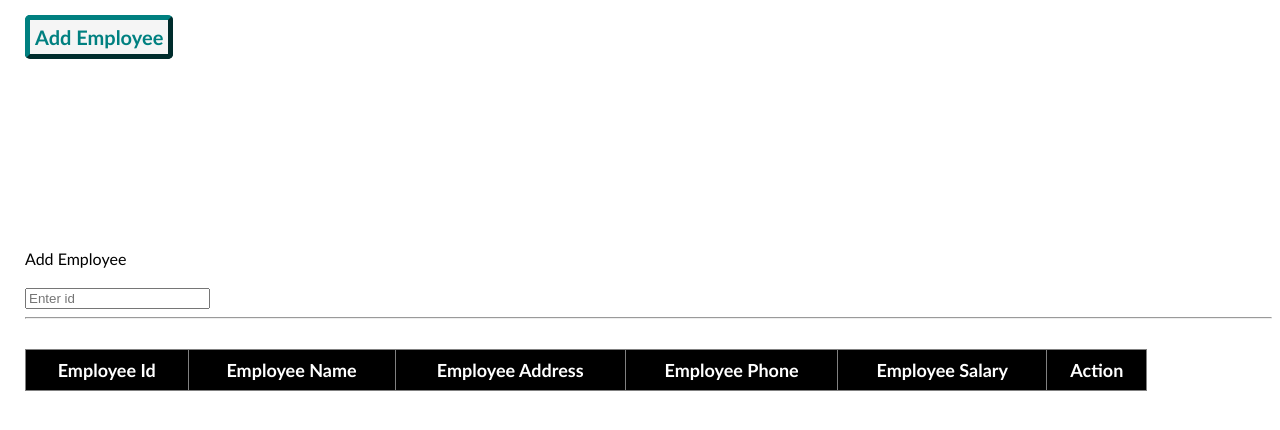
Repository: prieeyatambe/priyatambe_SpringMavenHibernate
Page: http://localhost/Project/WEB-INF/view/list.jsp
These files come from the project's save history. The page is drawn as it stood at one moment and after the next save; the edit follows.
The browser window is 1280 px wide. The pictures show the whole page.
The page is served by Tomcat 9. Nobody is signed in. Other server files are loaded and not shown. The template is opened directly, without the code that normally fills it, so the values that code supplies are empty.

Above is the page before, as saved 2024-03-06 10:03:36.

### SpringMaven/mavenproject/Project/src/main/webapp/WEB-INF/view/list.jsp
<%@ page language="java" contentType="text/html; charset=UTF-8"
    pageEncoding="UTF-8"%>
<%@ taglib uri="http://java.sun.com/jsp/jstl/core" prefix="c" %>
<%@ taglib uri="http://www.springframework.org/tags/form" prefix="form" %>
<!DOCTYPE html>
<html>
<head>
<meta charset="UTF-8">
<title>Employee List</title>
<style type="text/css">
body{
     font-family: 'Trebuchet MS', 'Lucida Sans Unicode', 'Lucida Grande', 'Lucida Sans', Arial, sans-serif;
 	 align-content: center;
 	 margin-left: 25px;
 	 margin-top: 25px;
}
a{
	font-size: 20px;
	text-decoration: none;
	margin-bottom: 30px;
	margin-top: 40px;
}
table {
	width: 90%;
	padding: 10px;
	border-collapse: collapse;
	font-size: 18px;
	margin-top: 30px;

}
th,tr{
	text-align: center;
	padding: 9px;

}
th{
	background-color:black;
	color:white;
}
td{
	background-color: whitesmoke;
	padding: 9px;
}
.link-button{
	background-color:whitesmoke;
	padding:5px;
	color: teal;
	border:5px outset teal;
	border-radius: 5px;
	font-weight: bold;
}
.btn-delete{
  background-color: crimson;
  width: 70px;
  border: 2px solid crimson;
  border-radius:5px;
  color: white;
  font-family: 'Trebuchet MS', 'Lucida Sans Unicode', 'Lucida Grande', 'Lucida Sans', Arial, sans-serif;
  font-size: 17px;
}
.btn-update{
  background-color: green;
  width: 70px;
  border: 2px solid green;
  border-radius:5px;
  color: white;
  font-family: 'Trebuchet MS', 'Lucida Sans Unicode', 'Lucida Grande', 'Lucida Sans', Arial, sans-serif;
  font-size: 17px;
}
.fetch-emp{
	margin-top: 200px;
}
</style>
</head>
<body>

<a href="addEmp" class="link-button">Add Employee</a><br>

<div class="fetch-emp">Add Employee</div><br>
	<form action="fetchEmp" method="get">
		<input type="number" placeholder="Enter id">
	</form>
<hr>
		<table border="1">
			<tr>
					<th>Employee Id</th>
					<th>Employee Name</th>
					<th>Employee Address</th>
					<th>Employee Phone</th>
					<th>Employee Salary</th>
					<th colspan="2">Action</th>
			</tr>
			<c:forEach items="${emplist}" var="employee">
				<tr>
					<td>${employee.id}</td>
					<td>${employee.employeeName}</td>
					<td>${employee.employeeAddress}</td>
					<td>${employee.employeePhone}</td>
					<td>${employee.employeeSalary}</td>
					<td>
	                   <form action="update" method="get">
		                    <input type="hidden" name="id" value="${employee.id}">
		                    <input type="submit" value="Update" class="btn-update">
	                	</form>
	                </td>
	                <td>
		                <form action="delete" method="get">
		                    <input type="hidden" name="id" value="${employee.id}">
		                    <input type="submit" value="Delete" class="btn-delete">
		                </form>
					</td>
				</tr>
			</c:forEach>
		</table>

</body>
</html>

After the next save:
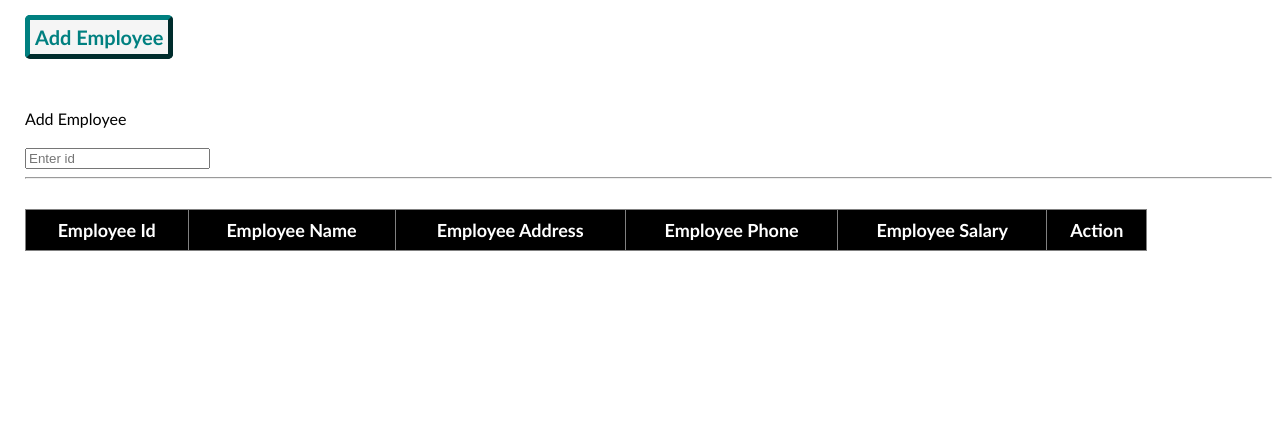
Saved 9 s later.
--- a/SpringMaven/mavenproject/Project/src/main/webapp/WEB-INF/view/list.jsp
+++ b/SpringMaven/mavenproject/Project/src/main/webapp/WEB-INF/view/list.jsp
@@ -68,7 +68,7 @@ td{
   font-size: 17px;
 }
 .fetch-emp{
-	margin-top: 200px;
+	margin-top: 60px;
 }
 </style>
 </head>
